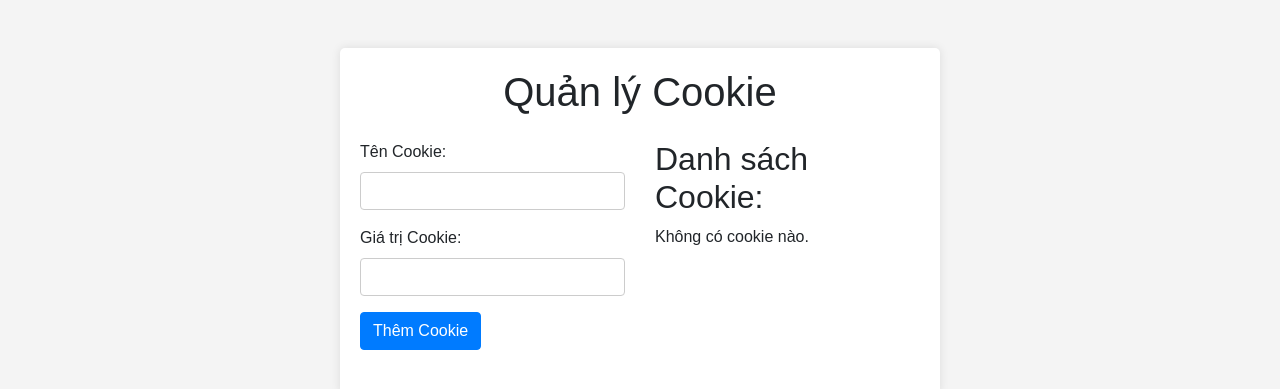
Repository: 3KAER/lab03_phan2
Page: lab04/phan1_bai2/index.html
An editor plug-in stored every save of this project. The page is shown before and after the next save, followed by the edit.
The browser window is 1280 px wide. The pictures show the whole page.

Above is the page before, as saved 2024-04-22 03:25:34.

### lab04/phan1_bai2/index.html
<!DOCTYPE html>
<html lang="en">
<head>
    <meta charset="UTF-8">
    <meta name="viewport" content="width=device-width, initial-scale=1.0">
    <title>Quản lý Cookie</title>
    <link href="https://stackpath.bootstrapcdn.com/bootstrap/4.5.2/css/bootstrap.min.css" rel="stylesheet">
    <link rel="stylesheet" href="styles.css">
</head>
<body>
    <div class="container mt-5">
        <h1 class="text-center mb-4">Quản lý Cookie</h1>
        <div class="row">
            <div class="col-md-6">
                <form id="cookie-form" class="mb-4">
                    <div class="form-group">
                        <label for="name">Tên Cookie:</label>
                        <input type="text" id="name" name="name" class="form-control" required>
                    </div>
                    <div class="form-group">
                        <label for="value">Giá trị Cookie:</label>
                        <input type="text" id="value" name="value" class="form-control" required>
                    </div>
                    <button type="submit" id="add-button" class="btn btn-primary">Thêm Cookie</button>
                    <button type="button" id="edit-button" class="btn btn-success d-none">Lưu chỉnh sửa</button>
                </form>
            </div>
            <div class="col-md-6">
                <div id="cookie-list"></div>
            </div>
        </div>
    </div>
    <script src="script.js"></script>
</body>
</html>

### lab04/phan1_bai2/styles.css
body {
    font-family: Arial, sans-serif;
    background-color: #f4f4f4;
    margin: 0;
    padding: 0;
}

.container {
    max-width: 600px;
    margin: 50px auto;
    background-color: #fff;
    padding: 20px;
    border-radius: 5px;
    box-shadow: 0 0 10px rgba(0, 0, 0, 0.1);
}

h1 {
    text-align: center;
    margin-bottom: 20px;
}

#cookie-list {
    margin-bottom: 20px;
}

.controls {
    display: flex;
    justify-content: space-between;
    align-items: center;
}

input[type="text"] {
    padding: 8px;
    border: 1px solid #ccc;
    border-radius: 4px;
}

button {
    padding: 8px 20px;
    border: none;
    border-radius: 4px;
    background-color: #4caf50;
    color: #fff;
    cursor: pointer;
}

button:hover {
    background-color: #45a049;
}

### lab04/phan1_bai2/script.js
document.addEventListener('DOMContentLoaded', function() {
    displayCookies();

    const form = document.getElementById('cookie-form');
    const addButton = document.getElementById('add-button');
    const editButton = document.getElementById('edit-button');

    addButton.addEventListener('click', function(event) {
        event.preventDefault();
        const name = form.name.value;
        const value = form.value.value;
        setCookie(name, value);
        displayCookies();
        form.reset();
    });

    editButton.addEventListener('click', function(event) {
        event.preventDefault();
        const name = form.name.value;
        const value = form.value.value;
        editCookie(name, value);
        displayCookies();
        form.reset();
        addButton.classList.remove('d-none');
        editButton.classList.add('d-none');
    });

    const cookieList = document.getElementById('cookie-list');
    cookieList.addEventListener('click', function(event) {
        if (event.target.classList.contains('edit-btn')) {
            const name = event.target.dataset.name;
            const value = event.target.dataset.value;
            form.name.value = name;
            form.value.value = value;
            addButton.classList.add('d-none');
            editButton.classList.remove('d-none');
        } else if (event.target.classList.contains('delete-btn')) {
            const name = event.target.dataset.name;
            deleteCookie(name);
            displayCookies();
        }
    });
});

function setCookie(name, value) {
    document.cookie = `${encodeURIComponent(name)}=${encodeURIComponent(value)}; path=/`;
}

function deleteCookie(name) {
    document.cookie = `${encodeURIComponent(name)}=; expires=Thu, 01 Jan 1970 00:00:00 UTC; path=/;`;
}

function editCookie(name, value) {
    deleteCookie(name);
    setCookie(name, value);
}

function displayCookies() {
    const cookies = document.cookie.split(';').map(cookie => cookie.trim());
    const cookieList = document.getElementById('cookie-list');
    cookieList.innerHTML = '<h2>Danh sách Cookie:</h2>';
    if (cookies[0] === '') {
        cookieList.innerHTML += '<p>Không có cookie nào.</p>';
    } else {
        cookies.forEach(cookie => {
            const [name, value] = cookie.split('=');
            cookieList.innerHTML += `
                <div class="cookie-item">
                    <span class="cookie-info"><strong>${decodeURIComponent(name)}</strong>: ${decodeURIComponent(value)}</span>
                    <button class="btn btn-sm btn-info edit-btn" data-name="${decodeURIComponent(name)}" data-value="${decodeURIComponent(value)}">Sửa</button>
                    <button class="btn btn-sm btn-danger delete-btn" data-name="${decodeURIComponent(name)}">Xóa</button>
                </div>
            `;
        });
    }
}

After the next save:
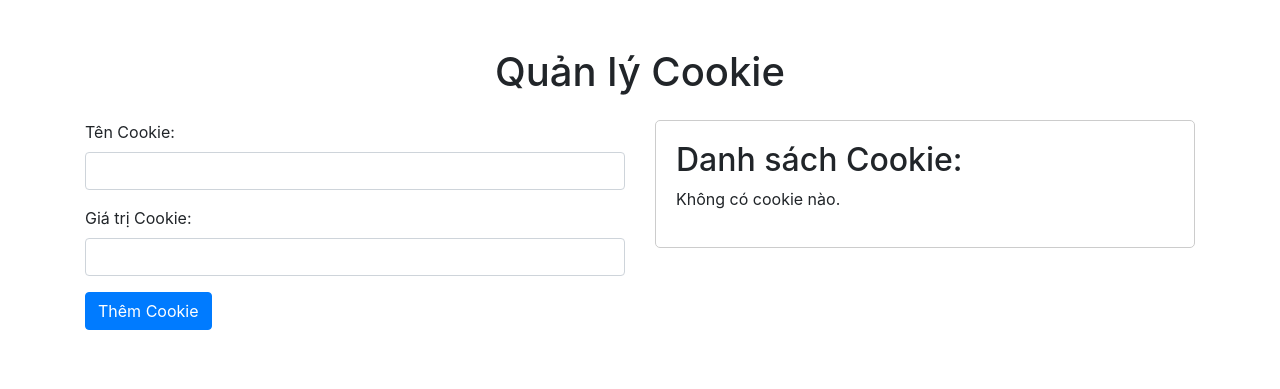
Saved 8 s later.
--- a/lab04/phan1_bai2/styles.css
+++ b/lab04/phan1_bai2/styles.css
@@ -1,49 +1,23 @@
-body {
-    font-family: Arial, sans-serif;
-    background-color: #f4f4f4;
-    margin: 0;
-    padding: 0;
+/* Định dạng cho danh sách cookie */
+#cookie-list {
+    border: 1px solid #ccc;
+    padding: 20px;
+    border-radius: 5px;
 }
 
-.container {
-    max-width: 600px;
-    margin: 50px auto;
-    background-color: #fff;
-    padding: 20px;
+#cookie-list .cookie-item {
+    margin-bottom: 10px;
+    padding: 10px;
+    background-color: #f9f9f9;
+    border: 1px solid #ddd;
     border-radius: 5px;
-    box-shadow: 0 0 10px rgba(0, 0, 0, 0.1);
 }
 
-h1 {
-    text-align: center;
-    margin-bottom: 20px;
+#cookie-list .cookie-item .cookie-info {
+    font-weight: bold;
 }
 
-#cookie-list {
-    margin-bottom: 20px;
+#cookie-list .cookie-item .edit-btn,
+#cookie-list .cookie-item .delete-btn {
+    margin-left: 5px;
 }
-
-.controls {
-    display: flex;
-    justify-content: space-between;
-    align-items: center;
-}
-
-input[type="text"] {
-    padding: 8px;
-    border: 1px solid #ccc;
-    border-radius: 4px;
-}
-
-button {
-    padding: 8px 20px;
-    border: none;
-    border-radius: 4px;
-    background-color: #4caf50;
-    color: #fff;
-    cursor: pointer;
-}
-
-button:hover {
-    background-color: #45a049;
-}
